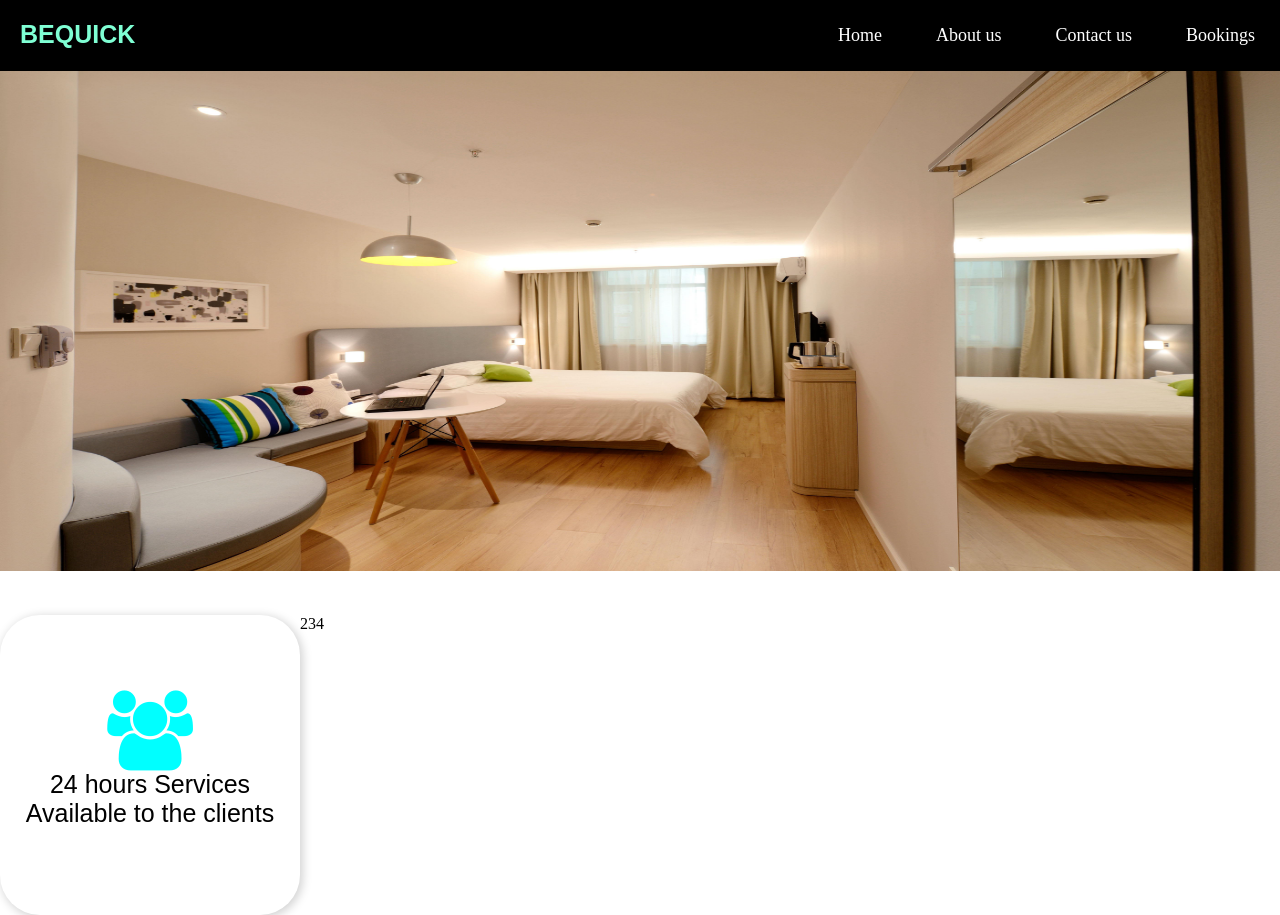
Repository: Ayushi6Sharma/BEQUICK_Hotel_Booking_Web
Page: index.html
These files come from the project's save history. The page is drawn as it stood at one moment and after the next save; the edit follows.
The browser window is 1280 px wide. The pictures show the whole page.

Above is the page before, as saved 2022-05-09 00:56:26.

After the next save:
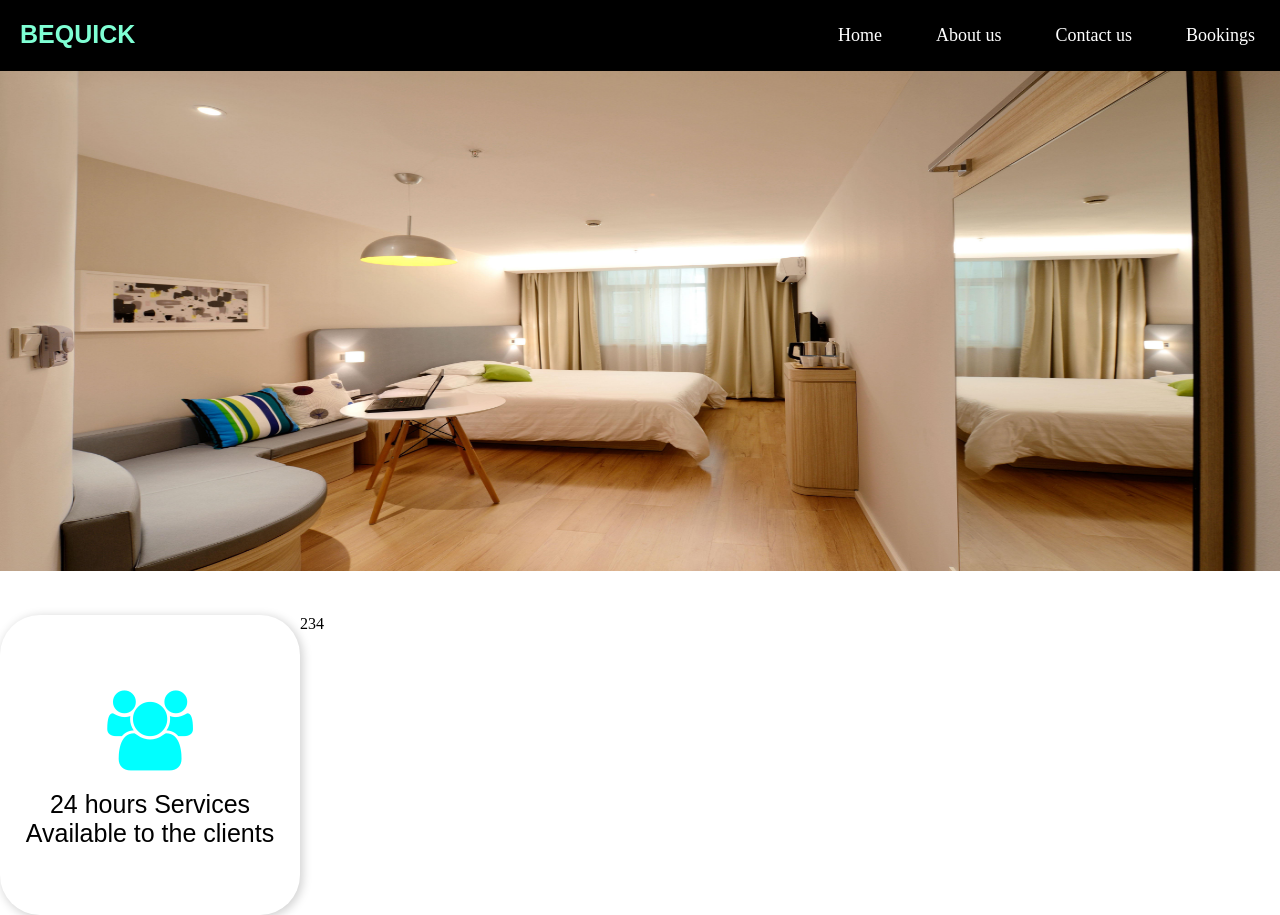
Saved 13 s later.
--- a/style.css
+++ b/style.css
@@ -86,7 +86,7 @@ hotel-main-image
     margin-top:25%;
 }
 .facilities-content
-{
+{   margin-top: 20px;
     font-size: 25px;
     font-family:sans-serif;
 }
